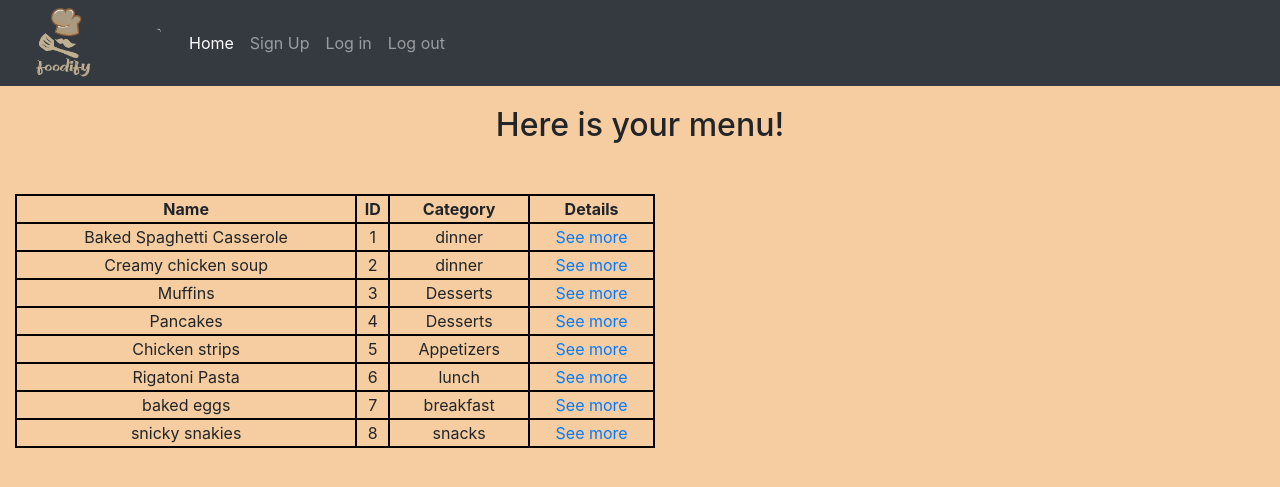
Repository: RanaHisham18/Foodify-Web-App
Page: Project IA raghda/usermenu.html
The author's editor kept a copy of each file at every save. The page is drawn from the files as they stood at one save, then again after the next save.
The browser window is 1280 px wide. The pictures show the whole page.

Above is the page before, as saved 2022-01-06 18:35:45.

After the next save:
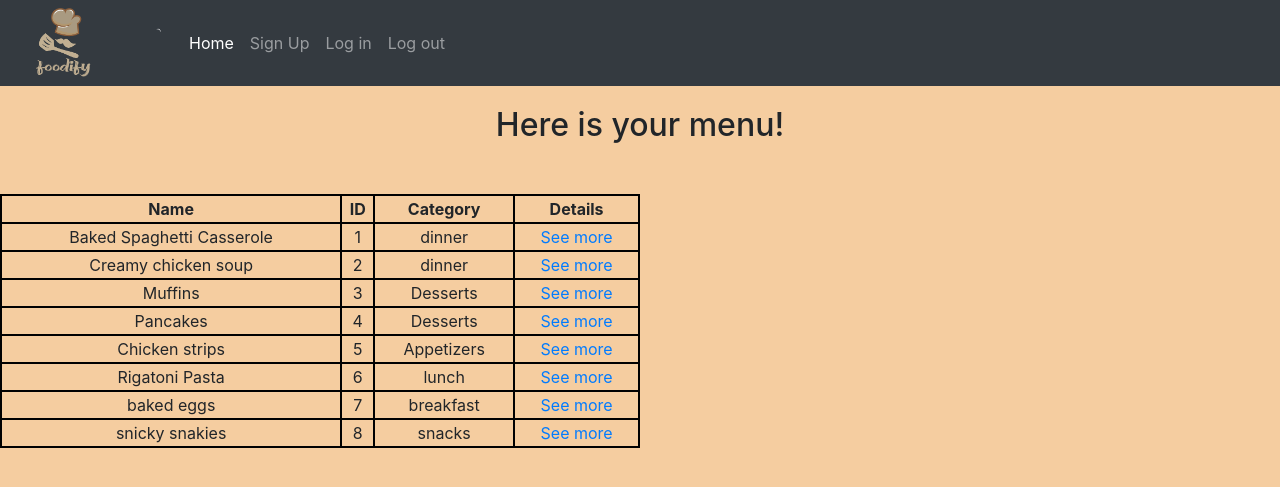
Saved 7 s later.
--- a/Project IA raghda/usermenu.css
+++ b/Project IA raghda/usermenu.css
@@ -24,7 +24,7 @@ table, th, td {
       width: 50%;
       text-align:center;
       margin-top: 50px;
-      margin-left: 15px;
+      margin-left: px;
       margin-right: 15px;
 
   }
